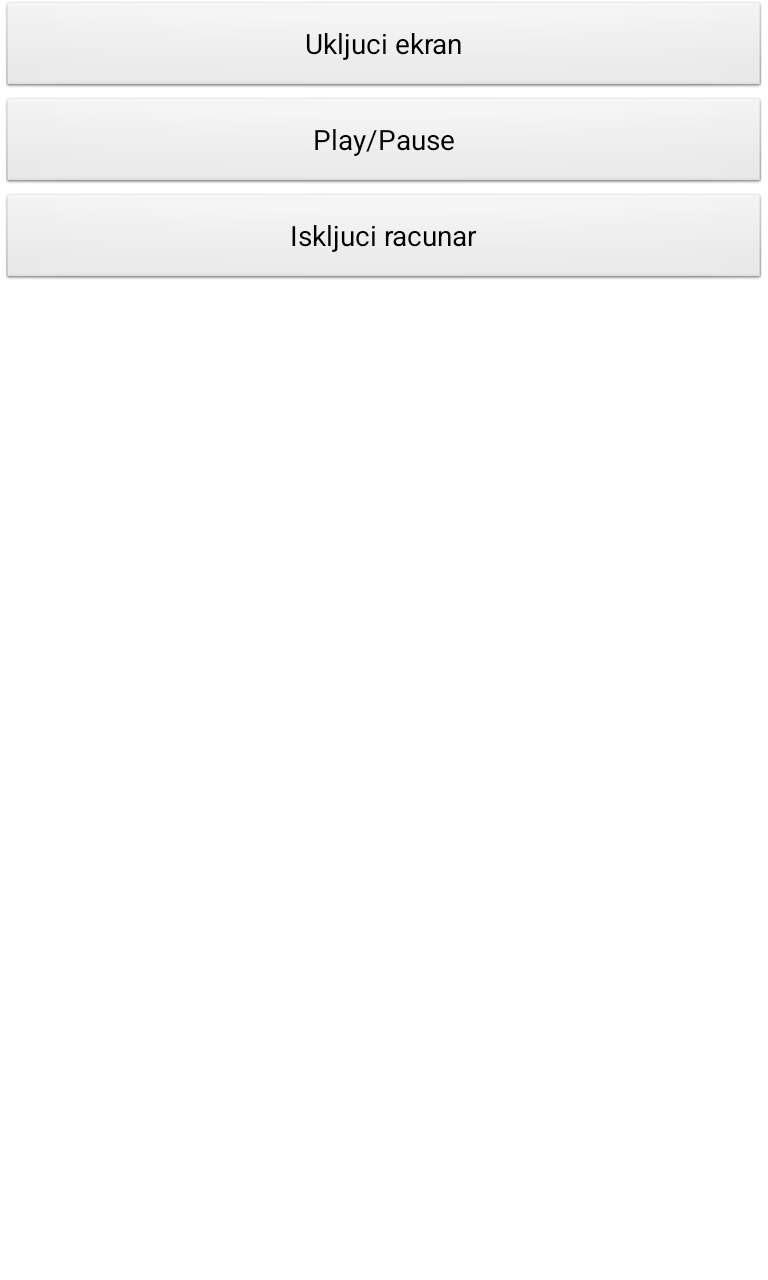
Repository: zivlakmilos/Remote_Control
Layout: RemoteControl1/AndroidRemoteControl/res/layout/main.xml
An editor plug-in stored every save of this project. The layout is shown before and after the next save, followed by the edit.
It is drawn on a 768 x 1280 px phone screen (xhdpi) without system bars, with theme AppTheme; the app's code is not run.

Above is the layout before, as saved 2015-06-28 16:03:56.

### RemoteControl1/AndroidRemoteControl/res/layout/main.xml
<?xml version="1.0" encoding="utf-8"?>
<LinearLayout xmlns:android="http://schemas.android.com/apk/res/android"
    android:layout_width="fill_parent"
    android:layout_height="fill_parent"
    android:orientation="vertical" >

    <Button
        android:id="@+id/btnScreenOn"
        android:layout_width="fill_parent"
        android:layout_height="wrap_content"
        android:text="Ukljuci ekran"
        />
    <Button
        android:id="@+id/btnPlayPause"
        android:layout_width="fill_parent"
        android:layout_height="wrap_content"
        android:text="Play/Pause"
        />
    <Button
        android:id="@+id/btnTurnOff"
        android:layout_width="fill_parent"
        android:layout_height="wrap_content"
        android:text="Iskljuci racunar"/>

</LinearLayout>

Loaded but not shown: RemoteControl1/AndroidRemoteControl/res/values/styles.xml (common file)

After the next save:
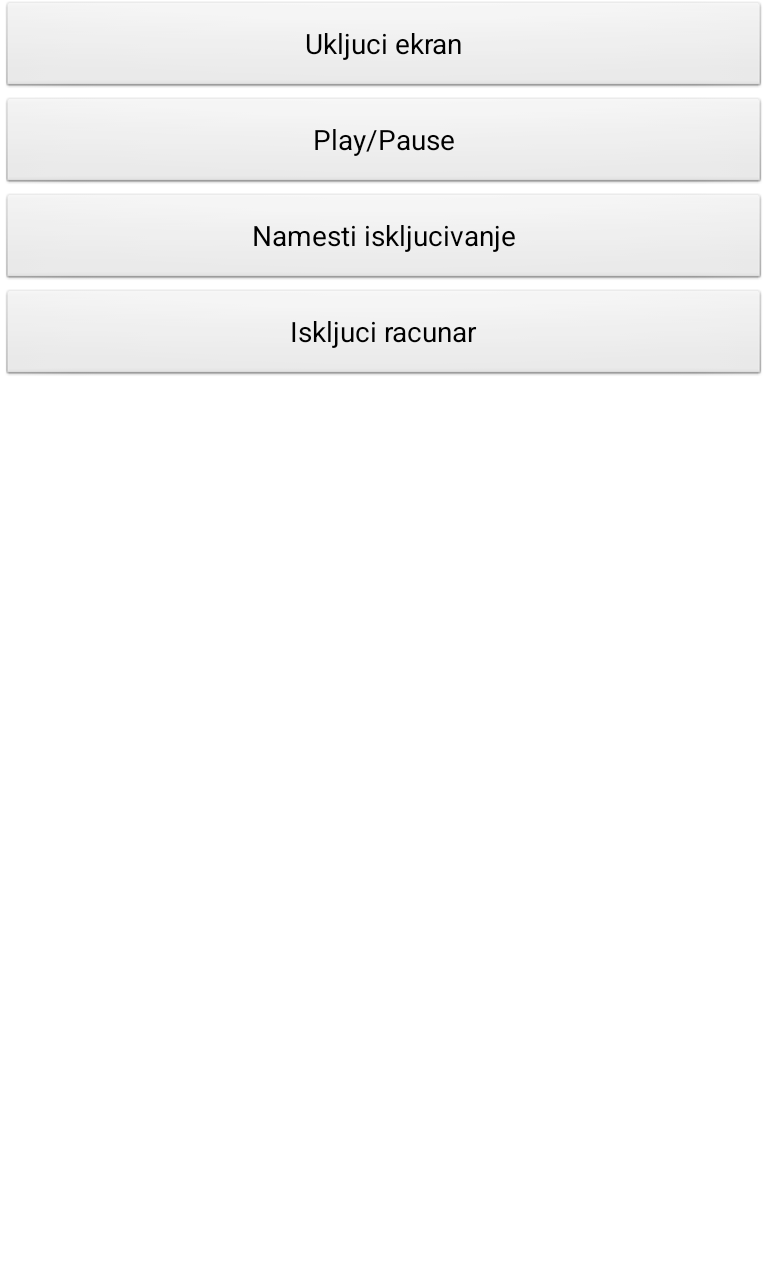
Saved 76 s later.
--- a/RemoteControl1/AndroidRemoteControl/res/layout/main.xml
+++ b/RemoteControl1/AndroidRemoteControl/res/layout/main.xml
@@ -17,6 +17,11 @@
         android:text="Play/Pause"
         />
     <Button
+        android:id="@+id/btnTurnOffDelay"
+        android:layout_width="fill_parent"
+        android:layout_height="wrap_content"
+        android:text="Namesti iskljucivanje"/>
+    <Button
         android:id="@+id/btnTurnOff"
         android:layout_width="fill_parent"
         android:layout_height="wrap_content"
